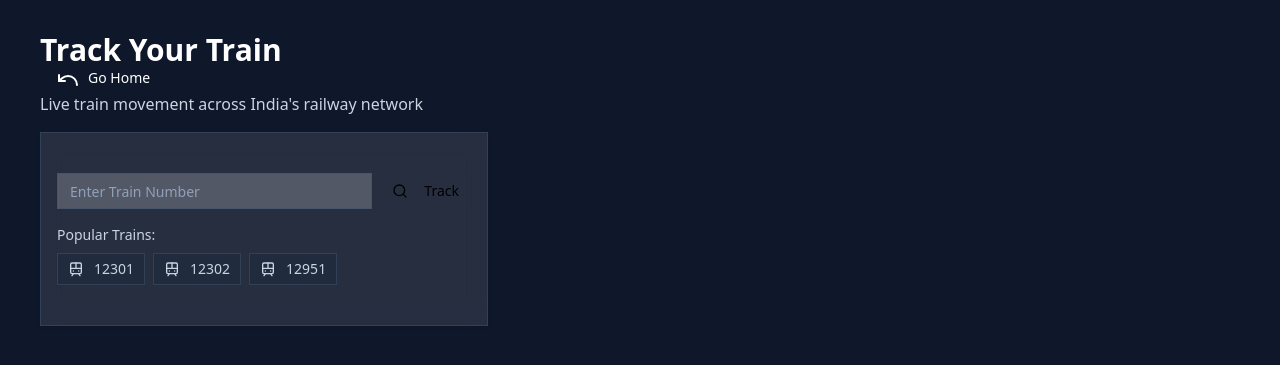
Repository: dhwanijain-dev/IRCTC
Page: /trackingtrain
These files come from the project's save history. The page is drawn as it stood at one moment and after the next save; the edit follows.
The browser window is 1280 px wide. The pictures show the whole page.
The project was rebuilt for these pictures with package versions that can differ from the ones it lists, and the page was loaded fresh each time. The framework's server and built-in components were replaced by stand-ins that run in the browser. Also part of the build but not shown: next.config.js, src/components/ui/badge.tsx, src/components/train-status-panel.tsx.

Above is the page before, as saved 2025-03-23 22:36:33.

After the next save:
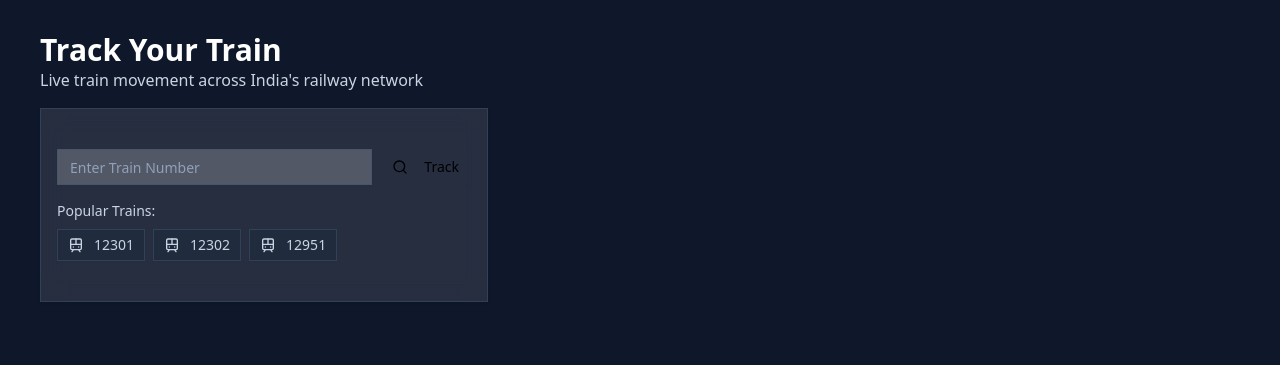
Saved 12 s later.
--- a/src/app/trackingtrain/page.tsx
+++ b/src/app/trackingtrain/page.tsx
@@ -303,7 +303,7 @@ export default function TrackYourTrainPage() {
                 <div className="container mx-auto h-full flex flex-col">
                     {/* Header */}
                     <div className="pt-8 pb-4 pointer-events-auto">
-                        <h1 className="text-3xl font-bold text-white">Track Your Train <Link className="ml-4 text-sm font-light flex gap-2" href="/"><Undo/> Go Home</Link> </h1>
+                        <h1 className="text-3xl font-bold text-white">Track Your Train  </h1>
                         <p className="text-slate-300">Live train movement across India's railway network</p>
                     </div>
 
